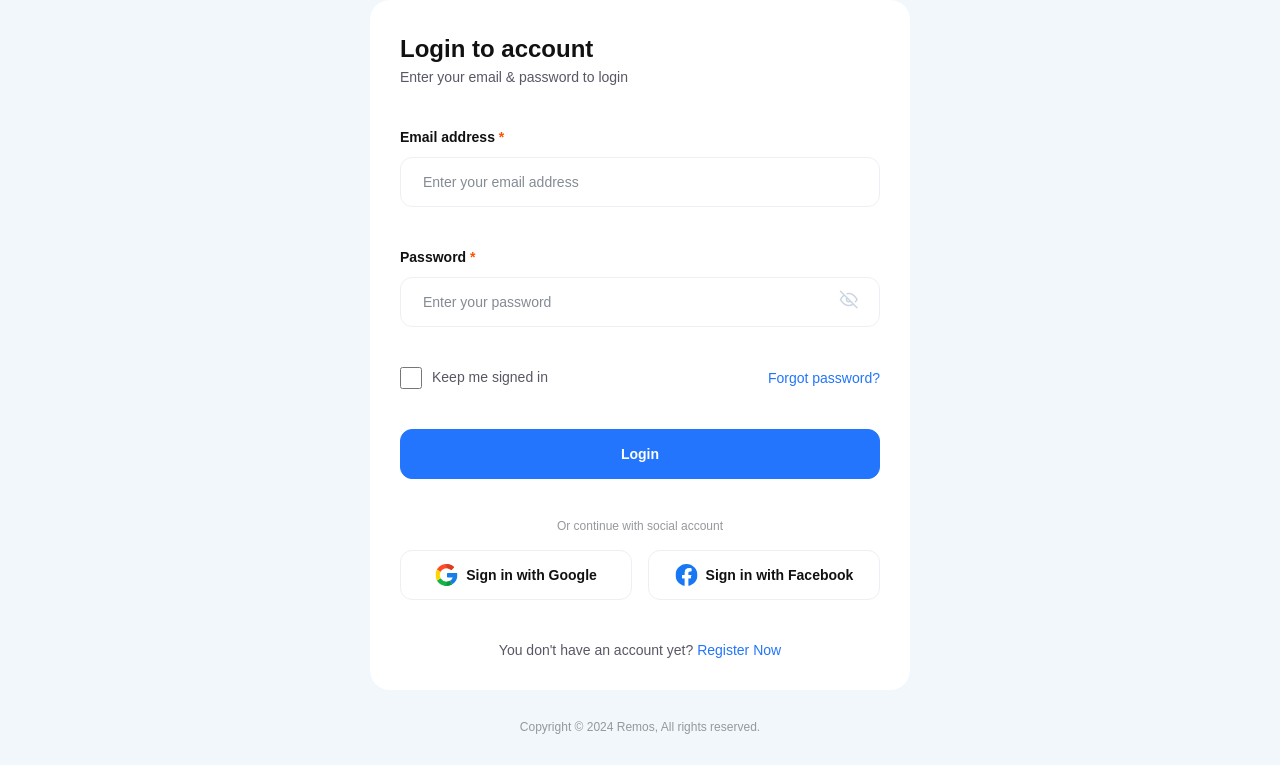
Repository: ERakshaypatidar/Gyanshieela
Page: login.html
The author's editor kept a copy of each file at every save. The page is drawn from the files as they stood at one save, then again after the next save.
The browser window is 1280 px wide. The pictures show the whole page.
Some web fonts or font styles are not loaded; a fallback is used.

Above is the page before, as saved 2024-12-16 10:22:17.

### login.html
<!DOCTYPE html>
<!--[if IE 8 ]><html class="ie" xmlns="http://www.w3.org/1999/xhtml" xml:lang="en-US" lang="en-US"> <![endif]-->
<!--[if (gte IE 9)|!(IE)]><!-->
<html xmlns="http://www.w3.org/1999/xhtml" xml:lang="en-US" lang="en-US">
<!--<![endif]-->


<!-- Mirrored from themesflat.co/html/remos/login.html by HTTrack Website Copier/3.x [XR&CO'2014], Wed, 03 Apr 2024 09:29:12 GMT -->

<head>
    <script>
        // Client-side form validation and setting login status
        function validateLoginForm(event) {
            event.preventDefault(); // Prevent form submission

            const email = document.getElementById('email').value;
            const password = document.getElementById('password').value;

            // Basic email validation using regex
            const emailPattern = /^[a-zA-Z0-9._-]+@[a-zA-Z0-9.-]+\.[a-zA-Z]{2,4}$/;
            if (!email || !emailPattern.test(email)) {
                alert("Please enter a valid email address.");
                return;
            }

            // Password validation
            if (!password || password.length < 6) {
                alert("Password must be at least 6 characters long.");
                return;
            }

            // If validation is successful, set login status in localStorage
            localStorage.setItem("isLoggedIn", "true");

            // Redirect to the homepage after successful login
            window.location.href = "index.html";
        }
    </script>
    <!-- Basic Page Needs -->
    <meta charset="utf-8">
    <!--[if IE]><meta http-equiv='X-UA-Compatible' content='IE=edge,chrome=1'><![endif]-->
    <title>Remos eCommerce Admin Dashboard HTML Template</title>

    <meta name="author" content="themesflat.com">

    <!-- Mobile Specific Metas -->
    <meta name="viewport" content="width=device-width, initial-scale=1, maximum-scale=1">

    <!-- Theme Style -->
    <link rel="stylesheet" type="text/css" href="css/animate.min.css">
    <link rel="stylesheet" type="text/css" href="css/animation.css">
    <link rel="stylesheet" type="text/css" href="css/bootstrap.css">
    <link rel="stylesheet" type="text/css" href="css/bootstrap-select.min.css">
    <link rel="stylesheet" type="text/css" href="css/style.css">



    <!-- Font -->
    <link rel="stylesheet" href="font/fonts.css">

    <!-- Icon -->
    <link rel="stylesheet" href="icon/style.css">

    <!-- Favicon and Touch Icons  -->
    <link rel="shortcut icon" href="images/favicon.png">
    <link rel="apple-touch-icon-precomposed" href="images/favicon.png">

</head>

<body class="body">

    <!-- #wrapper -->
    <div id="wrapper">
        <!-- #page -->
        <div id="page" class="">
            <div class="wrap-login-page">
                <div class="flex-grow flex flex-column justify-center gap30">
                    <form class="form-login flex flex-column gap24" action="http://localhost:8081/Akshay/login"
                        method="POST">

                        </a>
                        <div class="login-box">
                            <div>
                                <h3>Login to account</h3>
                                <div class="body-text">Enter your email & password to login</div>
                            </div>
                            <form class="form-login flex flex-column gap24" action="http://localhost:8081/Akshay/login"
                                method="POST">
                                <fieldset class="email">
                                    <div class="body-title mb-10">Email address <span class="tf-color-1">*</span></div>
                                    <input class="flex-grow" type="email" placeholder="Enter your email address"
                                        name="email" tabindex="0" value="" aria-required="true" required="">
                                </fieldset>
                                <fieldset class="password">
                                    <div class="body-title mb-10">Password <span class="tf-color-1">*</span></div>
                                    <input class="password-input" type="password" placeholder="Enter your password"
                                        name="password" tabindex="0" value="" aria-required="true" required="">
                                    <span class="show-pass">
                                        <i class="icon-eye view"></i>
                                        <i class="icon-eye-off hide"></i>
                                    </span>
                                </fieldset>
                                <div class="flex justify-between items-center">
                                    <div class="flex gap10">
                                        <input type="checkbox" id="signed" name="keepSignedIn">
                                        <label class="body-text" for="signed">Keep me signed in</label>
                                    </div>
                                    <a href="#" class="body-text tf-color">Forgot password?</a>
                                </div>
                                <button type="submit" class="tf-button w-full">Login</button>
                            </form>

                            <div>
                                <div class="text-tiny mb-16 text-center">Or continue with social account</div>
                                <div class="flex gap16 mobile-wrap">
                                    <a href="index.html" class="tf-button style-2 w-full">
                                        <svg xmlns="http://www.w3.org/2000/svg" width="23" height="22"
                                            viewBox="0 0 23 22" fill="none">
                                            <g clip-path="url(#clip0_604_19993)">
                                                <path
                                                    d="M21.6676 9.08734L12.694 9.08691C12.2978 9.08691 11.9766 9.40806 11.9766 9.80432V12.671C11.9766 13.0672 12.2978 13.3884 12.694 13.3884H17.7474C17.194 14.8244 16.1612 16.0271 14.8435 16.7913L16.9983 20.5213C20.4548 18.5223 22.4983 15.0148 22.4983 11.0884C22.4983 10.5293 22.4571 10.1297 22.3747 9.67967C22.312 9.33777 22.0152 9.08734 21.6676 9.08734Z"
                                                    fill="#167EE6" />
                                                <path
                                                    d="M11.5019 17.6959C9.02885 17.6959 6.86993 16.3447 5.71041 14.3452L1.98047 16.4951C3.87861 19.7849 7.43445 22.0002 11.5019 22.0002C13.4972 22.0002 15.38 21.463 17.0019 20.5267V20.5216L14.8471 16.7915C13.8615 17.3632 12.7209 17.6959 11.5019 17.6959Z"
                                                    fill="#12B347" />
                                                <path
                                                    d="M17 20.5267V20.5216L14.8452 16.7915C13.8596 17.3631 12.7192 17.6959 11.5 17.6959V22.0002C13.4953 22.0002 15.3782 21.463 17 20.5267Z"
                                                    fill="#0F993E" />
                                                <path
                                                    d="M4.80435 10.9998C4.80435 9.78079 5.13702 8.64036 5.70854 7.65478L1.9786 5.50488C1.0372 7.12167 0.5 8.99932 0.5 10.9998C0.5 13.0002 1.0372 14.8779 1.9786 16.4947L5.70854 14.3448C5.13702 13.3592 4.80435 12.2188 4.80435 10.9998Z"
                                                    fill="#FFD500" />
                                                <path
                                                    d="M11.5019 4.30435C13.1145 4.30435 14.5958 4.87738 15.7529 5.83056C16.0383 6.06568 16.4532 6.04871 16.7146 5.78725L18.7458 3.75611C19.0424 3.45946 19.0213 2.97387 18.7044 2.69895C16.7658 1.0172 14.2436 0 11.5019 0C7.43445 0 3.87861 2.21534 1.98047 5.50511L5.71041 7.65501C6.86993 5.65555 9.02885 4.30435 11.5019 4.30435Z"
                                                    fill="#FF4B26" />
                                                <path
                                                    d="M15.751 5.83056C16.0364 6.06568 16.4513 6.04871 16.7128 5.78725L18.7439 3.75611C19.0405 3.45946 19.0194 2.97387 18.7025 2.69895C16.764 1.01716 14.2417 0 11.5 0V4.30435C13.1126 4.30435 14.594 4.87738 15.751 5.83056Z"
                                                    fill="#D93F21" />
                                            </g>
                                            <defs>
                                                <clipPath id="clip0_604_19993">
                                                    <rect width="22" height="22" fill="white"
                                                        transform="translate(0.5)" />
                                                </clipPath>
                                            </defs>
                                        </svg>
                                        <span class="tf-color-3">Sign in with Google</span>
                                    </a>
                                    <a href="index.html" class="tf-button style-2 w-full">
                                        <svg xmlns="http://www.w3.org/2000/svg" width="23" height="22"
                                            viewBox="0 0 23 22" fill="none">
                                            <g clip-path="url(#clip0_604_20003)">
                                                <path
                                                    d="M22.5 11C22.5 16.4905 18.4773 21.0414 13.2188 21.8664V14.1797H15.7818L16.2695 11H13.2188V8.93664C13.2188 8.06652 13.645 7.21875 15.0114 7.21875H16.3984V4.51172C16.3984 4.51172 15.1395 4.29688 13.9359 4.29688C11.4235 4.29688 9.78125 5.81969 9.78125 8.57656V11H6.98828V14.1797H9.78125V21.8664C4.52273 21.0414 0.5 16.4905 0.5 11C0.5 4.92508 5.42508 0 11.5 0C17.5749 0 22.5 4.92508 22.5 11Z"
                                                    fill="#1877F2" />
                                                <path
                                                    d="M15.7818 14.1797L16.2695 11H13.2188V8.9366C13.2188 8.0667 13.6449 7.21875 15.0114 7.21875H16.3984V4.51172C16.3984 4.51172 15.1396 4.29688 13.9361 4.29688C11.4235 4.29688 9.78125 5.81969 9.78125 8.57656V11H6.98828V14.1797H9.78125V21.8663C10.3413 21.9542 10.9153 22 11.5 22C12.0847 22 12.6587 21.9542 13.2188 21.8663V14.1797H15.7818Z"
                                                    fill="white" />
                                            </g>
                                            <defs>
                                                <clipPath id="clip0_604_20003">
                                                    <rect width="22" height="22" fill="white"
                                                        transform="translate(0.5)" />
                                                </clipPath>
                                            </defs>
                                        </svg>
                                        <span class="tf-color-3">Sign in with Facebook</span>
                                    </a>
                                </div>
                            </div>
                            <div class="body-text text-center">
                                You don't have an account yet?
                                <a href="sign-up.html" class="body-text tf-color">Register Now</a>
                            </div>
                        </div>
                </div>
                <div class="text-tiny">Copyright © 2024 Remos, All rights reserved.</div>
            </div>
        </div>
        <!-- /#page -->
    </div>
    <!-- /#wrapper -->

    <!-- Javascript -->
    <script src="js/jquery.min.js"></script>
    <script src="js/bootstrap.min.js"></script>
    <script src="js/bootstrap-select.min.js"></script>
    <script src="js/main.js"></script>

</body>


<!-- Mirrored from themesflat.co/html/remos/login.html by HTTrack Website Copier/3.x [XR&CO'2014], Wed, 03 Apr 2024 09:29:12 GMT -->

</html>

### css/animation.css
@keyframes ellipse1 {
  0% {
    transform: translate(-50%, 55%) scale(0.8) ;
    opacity: 0;
  }
  20% {
    transform: translate(-50%, 55%) scale(0.9) ;
    opacity: 1;
  }
  100% {
    transform: translate(-50%, 55%) scale(1) ;
    opacity: 0;
  }
}

@keyframes ellipse2 {
  0% {
    transform: scale(0.8) ;
    opacity: 0;
  }
  20% {
    transform: scale(0.9) ;
    opacity: 1;
  }
  100% {
    transform: scale(1) ;
    opacity: 0;
  }
}

@keyframes ellipse3 {
  0% {
    transform: translate(50%, -50%) scale(0.8) ;
    opacity: 0;
  }
  20% {
    transform: translate(50%, -50%) scale(0.9) ;
    opacity: 1;
  }
  100% {
    transform: translate(50%, -50%) scale(1) ;
    opacity: 0;
  }
}

@keyframes ellipse4 {
  0% {
    transform: translate(-50%, -50%) scale(0.8) ;
    opacity: 0;
  }
  20% {
    transform: translate(-50%, -50%) scale(0.9) ;
    opacity: 1;
  }
  100% {
    transform: translate(-50%, -50%) scale(1) ;
    opacity: 0;
  }
}


@keyframes rotate360 {
  from {
      transform: rotate(0deg) scale(1);
  }
  to {
      transform: rotate(360deg);
  }
}

@keyframes rotate360rv {
  from {
      transform: rotate(0deg) scale(1);
  }
  to {
      transform: rotate(-360deg);
  }
}

@keyframes playvideo {
  0% {
    transform: scale(1.0) ;
    opacity: 1;
  }
  100% {
    transform: scale(1.3) ;
    opacity: 0;
  }
}

@keyframes loader {
  0% {
      transform: scaleY(0.1);
  }
  50% {
      transform: scaleY(1);
      background: #d74d29;
  }
  100% {
      transform: scaleY(0.1);
      background: transparent;
  }
}

@keyframes to-left {

  0%,
  100% {
    transform: translateX(0);
    -webkit-transition: all 0.3s ease;
    -moz-transition: all 0.3s ease;
    -ms-transition: all 0.3s ease;
    -o-transition: all 0.3s ease;
    transition: all 0.3s ease;
  }

  50% {
    transform: translateX(-15px);
    -webkit-transition: all 0.3s ease;
    -moz-transition: all 0.3s ease;
    -ms-transition: all 0.3s ease;
    -o-transition: all 0.3s ease;
    transition: all 0.3s ease;
  }
}

@keyframes to-right {

  0%,
  100% {
    transform: translateX(0);
    -webkit-transition: all 0.3s ease;
    -moz-transition: all 0.3s ease;
    -ms-transition: all 0.3s ease;
    -o-transition: all 0.3s ease;
    transition: all 0.3s ease;
  }

  50% {
    transform: translateX(15px);
    -webkit-transition: all 0.3s ease;
    -moz-transition: all 0.3s ease;
    -ms-transition: all 0.3s ease;
    -o-transition: all 0.3s ease;
    transition: all 0.3s ease;
  }
}

@keyframes to-top {

  0%,
  100% {
    transform: translateY(0px);
    -webkit-transition: all 0.3s ease;
    -moz-transition: all 0.3s ease;
    -ms-transition: all 0.3s ease;
    -o-transition: all 0.3s ease;
    transition: all 0.3s ease;
  }

  50% {
    transform: translateY(-15px);
    -webkit-transition: all 0.3s ease;
    -moz-transition: all 0.3s ease;
    -ms-transition: all 0.3s ease;
    -o-transition: all 0.3s ease;
    transition: all 0.3s ease;
  }
}

@keyframes to-bottom {

  0%,
  100% {
    transform: translateY(0px);
    -webkit-transition: all 0.3s ease;
    -moz-transition: all 0.3s ease;
    -ms-transition: all 0.3s ease;
    -o-transition: all 0.3s ease;
    transition: all 0.3s ease;
  }

  50% {
    transform: translateY(15px);
    -webkit-transition: all 0.3s ease;
    -moz-transition: all 0.3s ease;
    -ms-transition: all 0.3s ease;
    -o-transition: all 0.3s ease;
    transition: all 0.3s ease;
  }
}

@keyframes ani-1 {
  0% {
    transform: translate(0px, 0px) rotate(0deg);
  }

  20% {
    transform: translate(73px, -1px) rotate(36deg);
  }

  40% {
    transform: translate(141px, 72px) rotate(72deg);
  }

  60% {
    transform: translate(83px, 122px) rotate(108deg);
  }

  80% {
    transform: translate(-40px, 72px) rotate(144deg);
  }

  100% {
    transform: translate(0px, 0px) rotate(0deg);
  }
}

@keyframes ani-2 {

  0%,
  100% {
    -webkit-transform: translateX(0) translateY(0) rotate(0);
    transform: translateX(0) translateY(0) rotate(0);
  }

  25%,
  75% {
    -webkit-transform: translateX(15px) translateY(20px) rotate(10deg);
    transform: translateX(15px) translateY(20px) rotate(10deg);
  }

  50% {
    -webkit-transform: translateX(60px) translateY(35px) rotate(15deg);
    transform: translateX(60px) translateY(35px) rotate(15deg);
  }
}


@keyframes tf-buzz-out {
  10% {
      transform: translateY(3%) rotate(2deg);
  }
  20% {
      transform: translateY(-3%) rotate(-2deg);
  }
  30% {
      transform: translateY(3%) rotate(2deg);
  }
  40% {
      transform: translateY(-3%) rotate(-2deg);
  }
  50% {
      transform: translateY(2%) rotate(1deg);
  }
  60% {
      transform: translateY(-2%) rotate(-1deg);
  }
  70% {
      transform: translateY(2%) rotate(1deg);
  }
  80% {
      transform: translateY(-2%) rotate(-1deg);
  }
  90% {
      transform: translateY(1%) rotate(0);
  }
  to {
      transform: translateY(-1%) rotate(0);
  }
}

@keyframes preload {

  from,
  20%,
  40%,
  60%,
  80%,
  to {
      animation-timing-function: cubic-bezier(0.215, 0.61, 0.355, 1);
  }

  0% {
      opacity: 0;
      transform: scale3d(0.3, 0.3, 0.3);
  }

  20% {
      transform: scale3d(1.1, 1.1, 1.1);
  }

  40% {
      transform: scale3d(0.9, 0.9, 0.9);
  }

  60% {
      opacity: 1;
      transform: scale3d(1.03, 1.03, 1.03);
  }

  80% {
      transform: scale3d(0.97, 0.97, 0.97);
  }

  to {
      opacity: 1;
      transform: scale3d(1, 1, 1);
  }
}

Loaded but not shown: css/animate.min.css (library); css/bootstrap.css (library); css/bootstrap-select.min.css (library); font/fonts.css (common file); js/jquery.min.js (library); js/bootstrap.min.js (library); js/bootstrap-select.min.js (library); js/main.js (232 lines, source omitted); css/style.css (6311 lines, source omitted); icon/style.css (963 lines, source omitted)

After the next save:
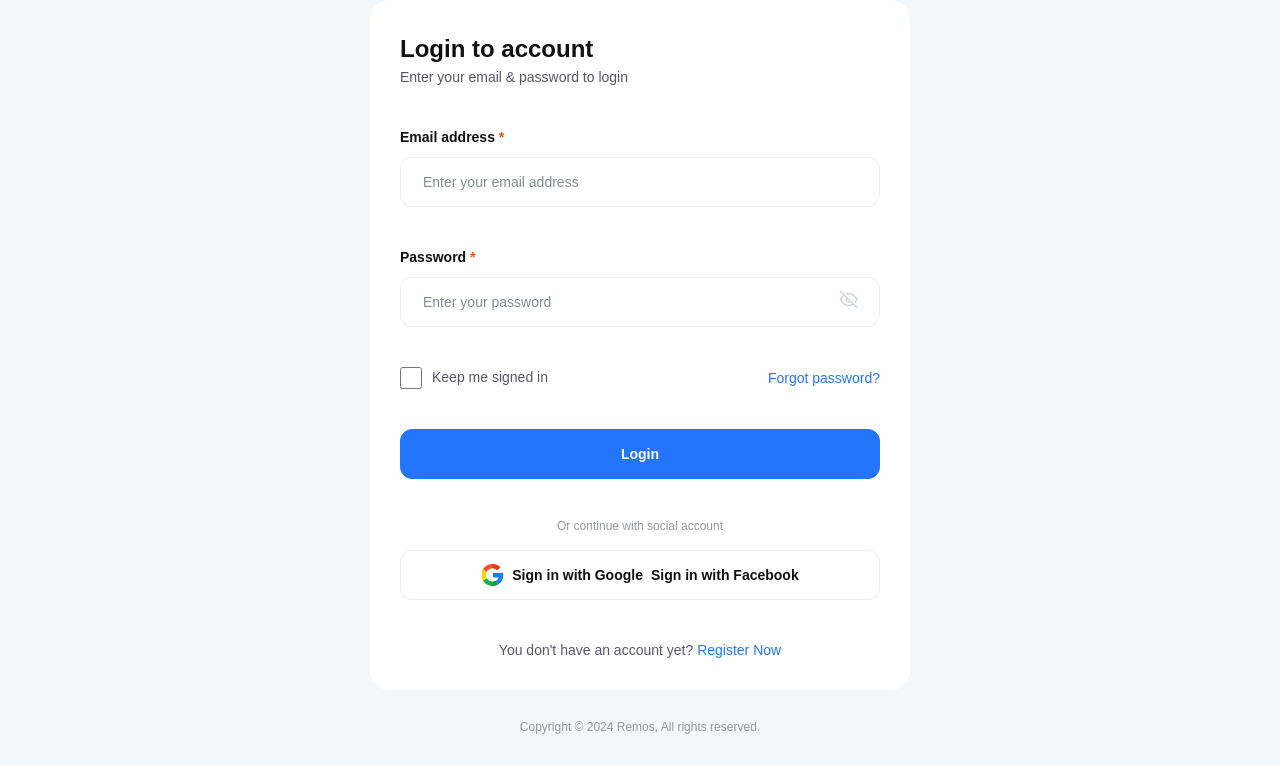
Saved 6 s later.
--- a/login.html
+++ b/login.html
@@ -144,24 +144,9 @@
                                             </defs>
                                         </svg>
                                         <span class="tf-color-3">Sign in with Google</span>
-                                    </a>
-                                    <a href="index.html" class="tf-button style-2 w-full">
-                                        <svg xmlns="http://www.w3.org/2000/svg" width="23" height="22"
-                                            viewBox="0 0 23 22" fill="none">
-                                            <g clip-path="url(#clip0_604_20003)">
-                                                <path
-                                                    d="M22.5 11C22.5 16.4905 18.4773 21.0414 13.2188 21.8664V14.1797H15.7818L16.2695 11H13.2188V8.93664C13.2188 8.06652 13.645 7.21875 15.0114 7.21875H16.3984V4.51172C16.3984 4.51172 15.1395 4.29688 13.9359 4.29688C11.4235 4.29688 9.78125 5.81969 9.78125 8.57656V11H6.98828V14.1797H9.78125V21.8664C4.52273 21.0414 0.5 16.4905 0.5 11C0.5 4.92508 5.42508 0 11.5 0C17.5749 0 22.5 4.92508 22.5 11Z"
-                                                    fill="#1877F2" />
-                                                <path
-                                                    d="M15.7818 14.1797L16.2695 11H13.2188V8.9366C13.2188 8.0667 13.6449 7.21875 15.0114 7.21875H16.3984V4.51172C16.3984 4.51172 15.1396 4.29688 13.9361 4.29688C11.4235 4.29688 9.78125 5.81969 9.78125 8.57656V11H6.98828V14.1797H9.78125V21.8663C10.3413 21.9542 10.9153 22 11.5 22C12.0847 22 12.6587 21.9542 13.2188 21.8663V14.1797H15.7818Z"
-                                                    fill="white" />
-                                            </g>
-                                            <defs>
-                                                <clipPath id="clip0_604_20003">
-                                                    <rect width="22" height="22" fill="white"
-                                                        transform="translate(0.5)" />
-                                                </clipPath>
-                                            </defs>
+                                        <rect width="22" height="22" fill="white" transform="translate(0.5)" />
+                                        </clipPath>
+                                        </defs>
                                         </svg>
                                         <span class="tf-color-3">Sign in with Facebook</span>
                                     </a>
